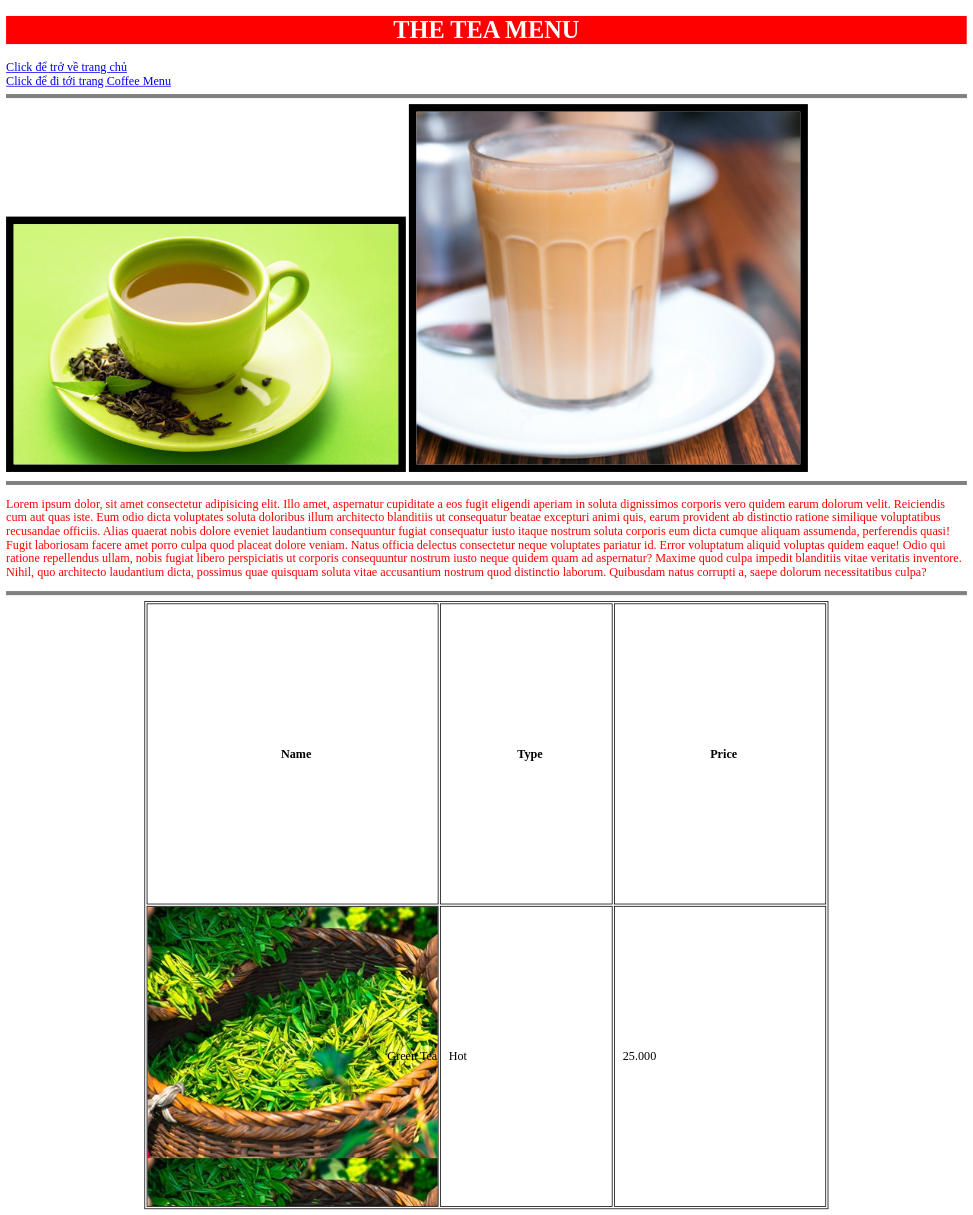
Repository: giahuy405/HomeWork_Coffee
Page: tea.html
The author's editor kept a copy of each file at every save. The page is drawn from the files as they stood at one save, then again after the next save.
The browser window is 1280 px wide. The pictures show the whole page, at 76% of full size.

Above is the page before, as saved 2022-09-07 11:36:05.

After the next save:
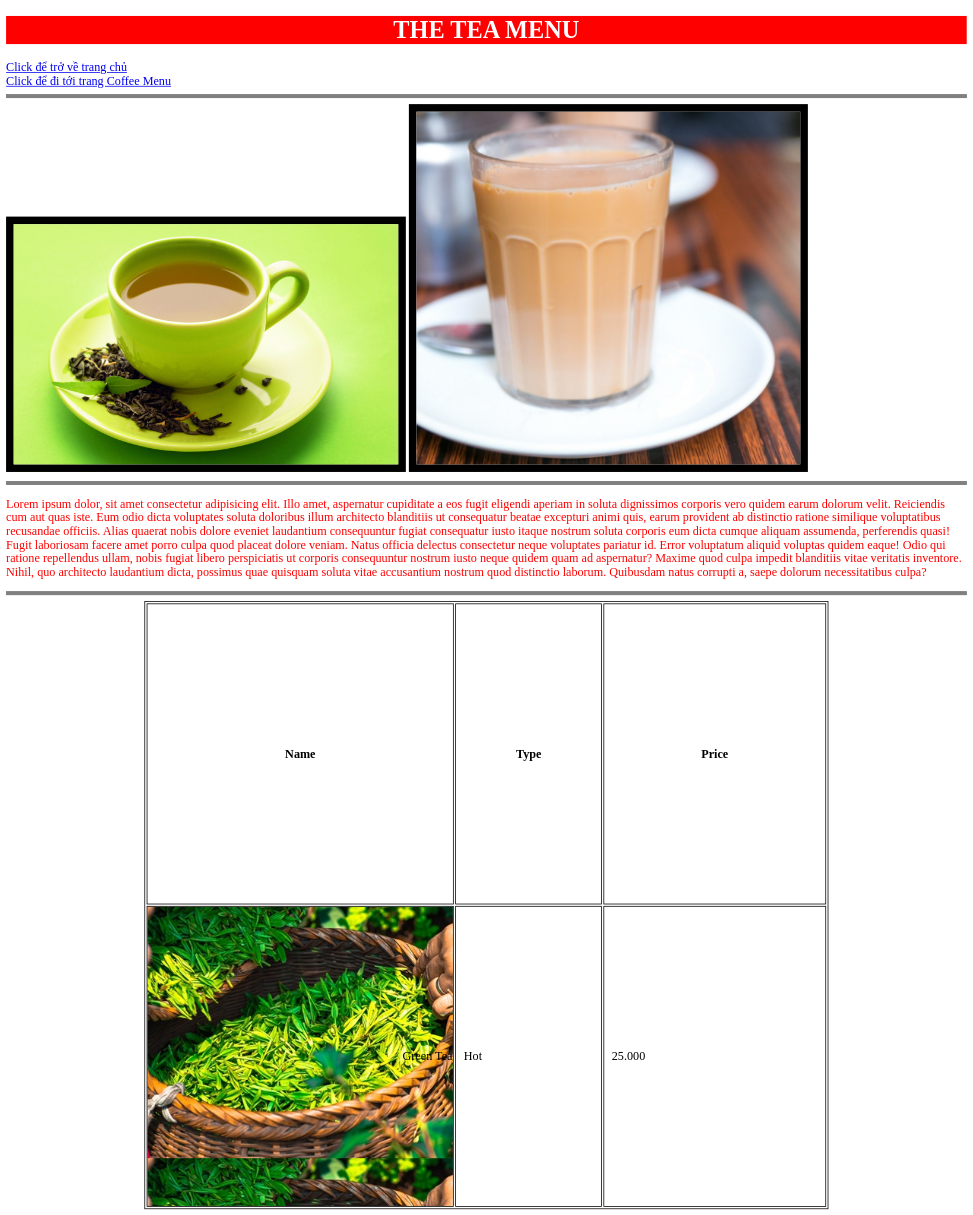
Saved 10 s later.
--- a/css/tea.css
+++ b/css/tea.css
@@ -8,6 +8,6 @@ table{
     height: 800px;
     margin: 0 auto;
 }
-table th,table td{
+table td{
     padding-left: 10px;
 }
